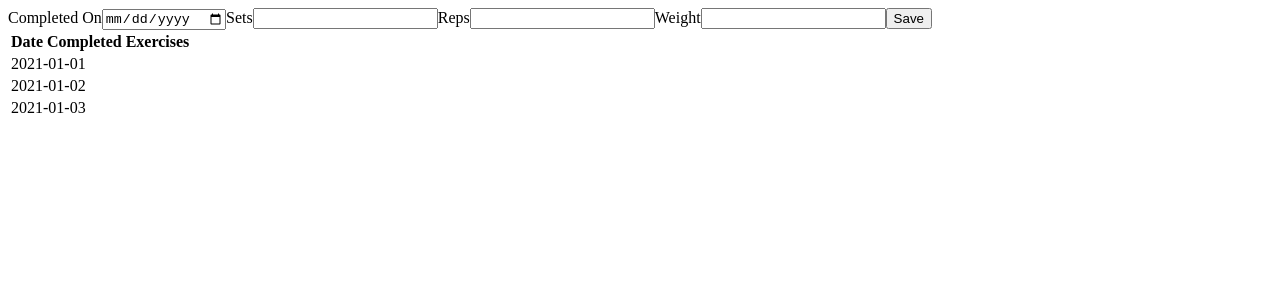
Repository: Kayla-amr/Exercise-Tracking-App
Page: / (app in exerciseTracking/)
An editor plug-in stored every save of this project. The page is shown before and after the next save, followed by the edit.
The browser window is 1280 px wide. The pictures show the whole page.
The project was rebuilt for these pictures with package versions that can differ from the ones it lists, and the page was loaded fresh each time. Also part of the build but not shown: exerciseTracking/vite.config.ts, exerciseTracking/src/assets/main.css.

Above is the page before, as saved 2023-03-17 13:31:22.

After the next save:
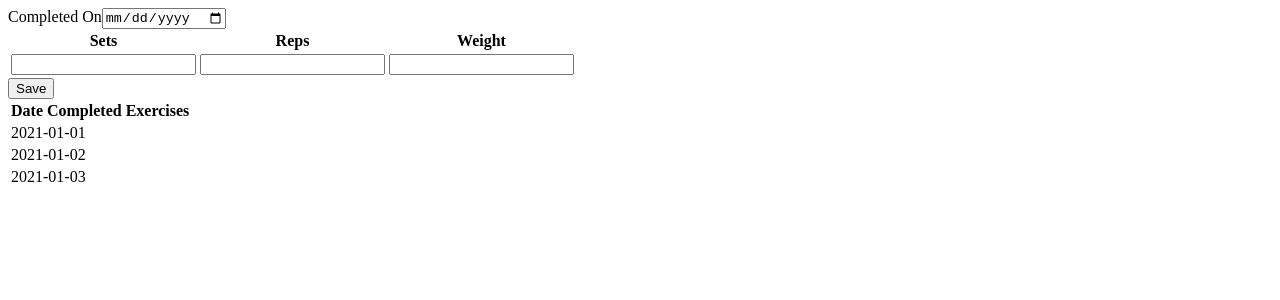
Saved 90 s later.
--- a/exerciseTracking/src/components/trackingForm.vue
+++ b/exerciseTracking/src/components/trackingForm.vue
@@ -3,13 +3,22 @@
         <form @submit.prevent="handleSubmit">
             <label for="date">Completed On</label>
             <input type="date" v-model="date">
-            <label for="sets">Sets</label>
-            <input type="number" v-model="sets">
-            <label for="reps">Reps</label>
-            <input type="number" v-model="reps">
-            <label for="weight">Weight</label>
-            <input type="number" v-model="weight">
-
+            <table>
+                <thead>
+                    <tr>
+                        <th>Sets</th>
+                        <th>Reps</th>
+                        <th>Weight</th>
+                    </tr>
+                </thead>
+                <tbody>
+                    <tr>
+                        <td><input type="text" v-model="sets"></td>
+                        <td><input type="number" v-model="reps"></td>
+                        <td><input type="number" v-model="weight"></td>
+                    </tr>
+                </tbody>
+            </table>
             <button type="submit">Save</button>
         </form>
     </div>
